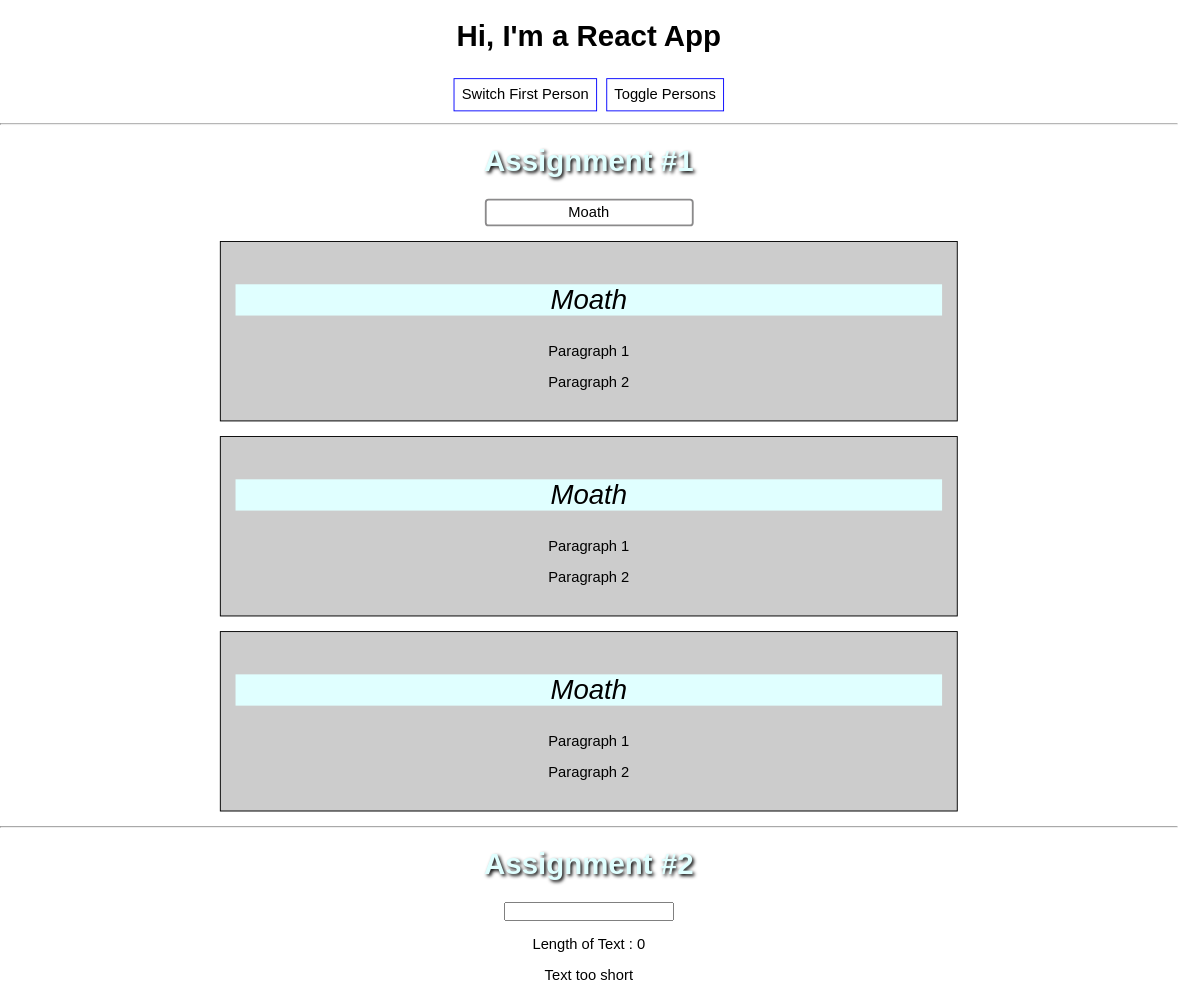
Repository: MuathYHKefayah/React-Basics
Page: /
An editor plug-in stored every save of this project. The page is shown before and after the next save, followed by the edit.
The browser window is 1280 px wide. The pictures show the whole page, at 92% of full size.
The project was rebuilt for these pictures with package versions that can differ from the ones it lists, and the page was loaded fresh each time. Also part of the build but not shown: src/CharComponent/CharComponent.js, src/Person/Person.css, src/Person/Person.js.

Above is the page before, as saved 2020-12-12 18:01:42.

### src/App.js
import React, { Component } from 'react';
import './App.css';
import CharComponent from './CharComponent/CharComponent';
import Person from './Person/Person';
import UserInput from './UserInput/UserInput';
import UserOutput from './UserOutput/UserOutput';
import ValidationComponent from './ValidationComponent/ValidationComponent';

class App extends Component {
  state = {
     persons: [
       { id: 'item1', name:'Moath', age: 25},
       { id: 'item2', name:'Ahmad', age: 26},
       { id: 'item3', name:'Khaled', age: 27},
     ],
     username: "Moath",
     showPersons: false,
     inputText: ''
  }

  switchNameHandler  = (newName, newAge, index) => {
    //let personsCopy = JSON.parse(JSON.stringify(this.state.persons));
    //let personsCopy = this.state.persons.slice();
    let personsCopy = [...this.state.persons];
    personsCopy[index].name = newName;
    personsCopy[index].age = newAge;

    //Don't Do This: this.state.persons[index].name = newName;
    // this.setState({
    //   persons: [
    //     { name:newName, age: 25},
    //     { name:'Ahmad', age: 26},
    //     { name:'Khaled', age: newAge},
    //   ]
    // })
    this.setState({
        persons: personsCopy
      })
  }

  nameChangedHandler = (event, id) => {
    const personIndex = this.state.persons.findIndex(p => {
      return p.id === id;
    });

    const person = {
      ...this.state.persons[personIndex]
    }

    const persons = [...this.state.persons];
    persons[personIndex] = person;

    this.setState({
      persons: persons
    })
  }

  deletePersonHandler = (personIndex) => {
    const persons = [...this.state.persons];
    persons.splice(personIndex, 1);
    this.setState({persons: persons});
  }

  togglePersonsHandler = () => {
    const doesShow =  this.state.showPersons;
    this.setState({
      showPersons : !doesShow
    });
  }


  //Assignment #1
  usernameChangedHandelr = (event) => {
    this.setState({
      username: event.target.value
    })
  }

  //Assignment #2
  inputchangedHandler = (event) => {
    this.setState({
      inputText: event.target.value
    })
  }

  deleteCharHandler = (charIndex) => {
    const inputText = this.state.inputText.split('');
    inputText.splice(charIndex, 1);
    const updatedText = inputText.join('');
    this.setState({inputText: updatedText});
  }



  render() {
    const style = {
      backgroundColor: 'white',
      font: 'inherit',
      border: '1px solid blue',
      padding: '8px',
      cursor: 'pointer',
      margin: '5px'
    };

    const assignmentStyle = {
      color: 'lightcyan',
      textShadow: '2px 2px 4px #000000'
    }

    let persons = null;
    // Way #2 this is the preferd way
    if(this.state.showPersons){
      persons =
        (
          <div>
            {this.state.persons.map((person, index) => {
              return <Person
                        key={person.id}
                        name={person.name}
                        age={person.age}
                        click={this.switchNameHandler.bind(this, person.name+'!', person.age + 5, index)}
                        changed={(event) => this.nameChangedHandler(event, person.id)}
                        deleted={this.deletePersonHandler.bind(this, index)}
                        />
            })}
            {/* <Person name={this.state.persons[0].name} age={this.state.persons[0].age}/>
            <Person
              name={this.state.persons[1].name}
              age={this.state.persons[1].age}
              click={this.switchNameHandler.bind(this, 'Moath!', 40)}
              changed={this.nameChangedHandler}
              >My Hobbies: Racing</Person>
            <Person name={this.state.persons[2].name} age={this.state.persons[2].age}/> */}
          </div>
        );

    }

    return (
      // jsx \\ write html code in js file
      <div className="App">
        <h1>Hi, I'm a React App</h1>
        {
          this.state.persons.length > 0 ?
          <div>
            <button
              style={style}
              onClick={this.switchNameHandler.bind(this, this.state.persons[0].name + '!!', 30, 0)}>Switch First Person</button>
            <button
              style={style}
              onClick={this.togglePersonsHandler}> Toggle Persons</button>
          </div> : alert('If you delete this person you will not have any Person then!')
        }

        {
        // Way #1
        /* { this.state.showPersons ?
            <div>
              <Person name={this.state.persons[0].name} age={this.state.persons[0].age}/>
              <Person
                name={this.state.persons[1].name}
                age={this.state.persons[1].age}
                click={this.switchNameHandler.bind(this, 'Moath!', 40)}
                changed={this.nameChangedHandler}
                >My Hobbies: Racing</Person>
              <Person name={this.state.persons[2].name} age={this.state.persons[2].age}/>
            </div> : null
        } */}
        {persons}

        <hr/>
        <h1 style={assignmentStyle}>Assignment #1</h1>
        <UserInput
          name={this.state.username}
          changed={this.usernameChangedHandelr}/>

        <UserOutput name={this.state.username}/>
        <UserOutput name={this.state.username}/>
        <UserOutput name={this.state.username}/>
        <hr/>
        <h1 style={assignmentStyle}>Assignment #2</h1>

        <div>
          <input type="text" onChange={this.inputchangedHandler} value={this.state.inputText}/>
          <p>Length of Text : {this.state.inputText.length}</p>
          <ValidationComponent textLength={this.state.inputText.length} />
          <div>
            { this.state.inputText.split('').map( (ch, index) => {
              return <CharComponent
                        key={index}
                        letter={ch}
                        clicked={() => this.deleteCharHandler(index)}/>;
            })

            }
          </div>
        </div>
      </div>
    );
    //return React.createElement('div', {className: 'App'} , React.createElement('h1', null , 'Hi, I\'m a React App !!!' ))
  }
}

export default App;

### src/UserInput/UserInput.js
import React, { Component } from 'react';


class UserInput extends Component{
    render(){
        const style = {
            fontSize: '16px',
            fontFamily: 'inherit',
            padding: '0.25em 0.5em',
            backgroundColor: '#fff',
            border: '2px solid #8b8a8b',
            borderRadius: '4px',
            textAlign: 'center'
        }
        return(
            <div className="UserInput">
                <input
                    style= {style}
                    type="text"
                    onChange={this.props.changed}
                    value={this.props.name}/>
            </div>

        );
    }
}

export default UserInput;

### src/UserOutput/UserOutput.js
import React, { Component } from 'react';
import './UserOutput.css'

class UserOutput extends Component {

    render(){
        const style = {
            backgroundColor: 'lightcyan',
            fontStyle: 'oblique',
            fontSize: '30px'
        };
        return(
            <div className="UserOutput">
                <p style={style}>{this.props.name}</p>
                <p>Paragraph 1</p>
                <p>Paragraph 2</p>
            </div>
        );
    }
}

export default UserOutput;

### src/ValidationComponent/ValidationComponent.js
import React from 'react';

const ValidationComponent = (props) => {
    return (
        props.textLength > 5 ? <p>Text long enough</p> : <p>Text too short</p>
    )
};

export default ValidationComponent;

### src/UserOutput/UserOutput.css
.UserOutput{
    width: 60%;
    border: 1px solid black;
    padding: 16px;
    background-color: #ccc;
    margin: 16px auto;
    text-align: center;
}

Loaded but not shown: public/index.html (common file); src/index.js (common file); src/index.css (common file); src/registerServiceWorker.js (common file); src/App.css (common file)

After the next save:
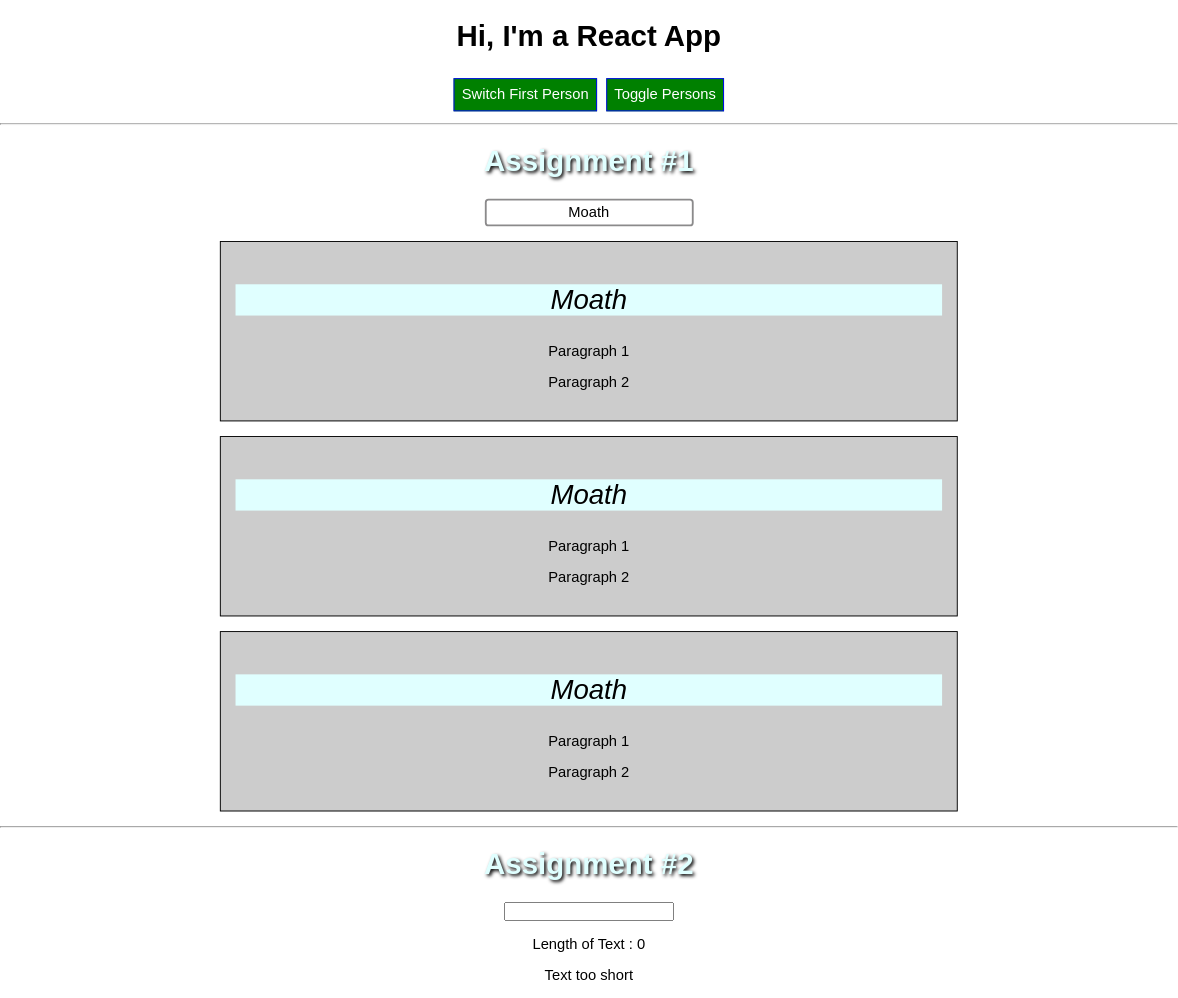
Saved 25 min 37 s later.
--- a/src/App.js
+++ b/src/App.js
@@ -94,7 +94,8 @@ class App extends Component {
 
   render() {
     const style = {
-      backgroundColor: 'white',
+      backgroundColor: 'green',
+      color: 'white',
       font: 'inherit',
       border: '1px solid blue',
       padding: '8px',
